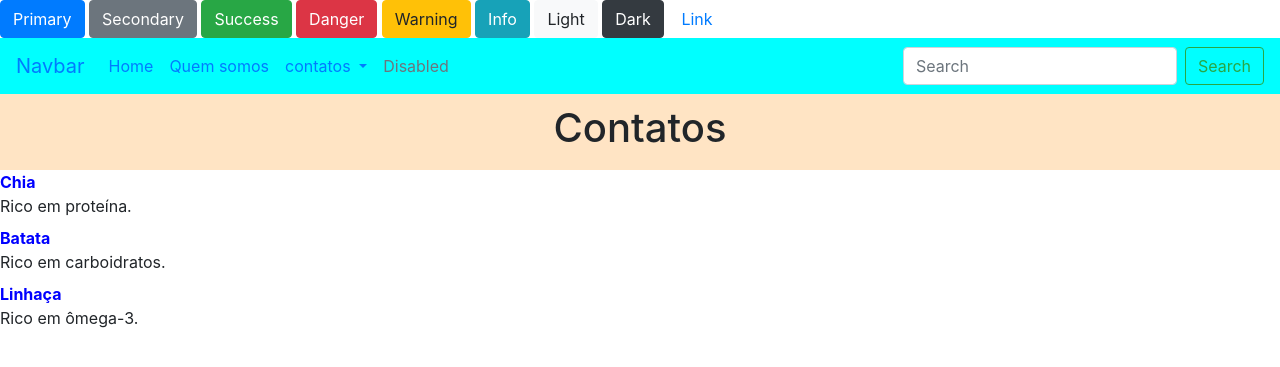
Repository: DaniloBaracho/bootstrap
Page: index.html
These files come from the project's save history. The page is drawn as it stood at one moment and after the next save; the edit follows.
The browser window is 1280 px wide. The pictures show the whole page.

Above is the page before, as saved 2020-05-31 17:37:31.

After the next save:
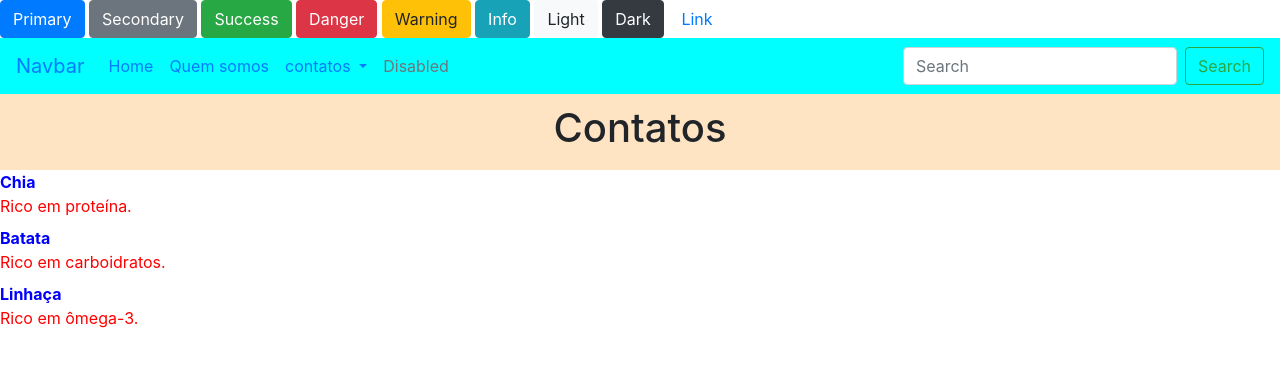
Saved 33 s later.
--- a/css/style.css
+++ b/css/style.css
@@ -10,3 +10,4 @@
      /*margin-top: 30px*/
 }
 dt{color:blue}
+dl{color:red}
